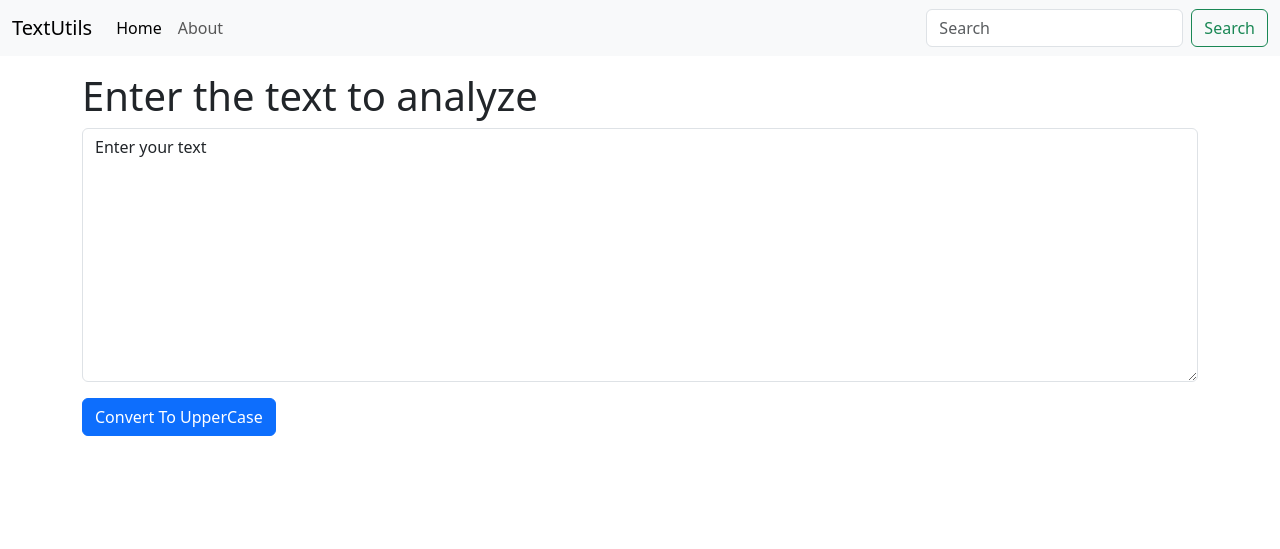
Repository: Rohit-foryou/Text-Utils
Page: /
An editor plug-in stored every save of this project. The page is shown before and after the next save, followed by the edit.
The browser window is 1280 px wide. The pictures show the whole page.
The project was rebuilt for these pictures with package versions that can differ from the ones it lists, and the page was loaded fresh each time. Also part of the build but not shown: src/index.css, src/App.css.

Above is the page before, as saved 2023-12-20 21:04:56.

After the next save:
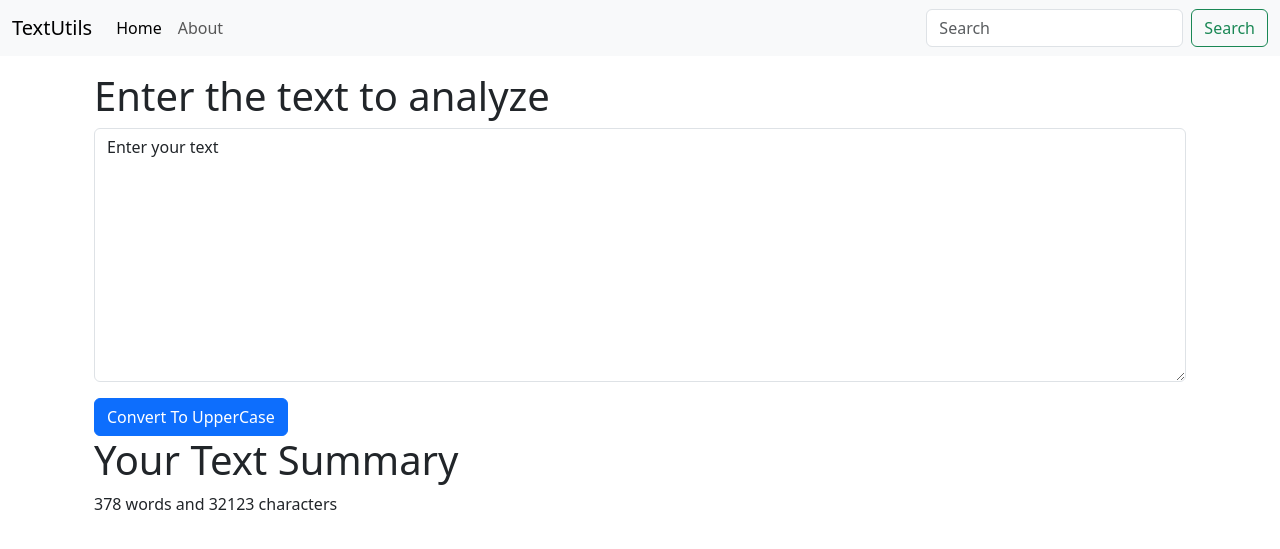
Saved 4 min 1 s later.
--- a/src/components/TextForm.js
+++ b/src/components/TextForm.js
@@ -13,12 +13,18 @@ export default function TextForm(props) {
   }
   const [text, setText] = useState('Enter your text');
   return (
-    <div>
+    <>
+    <div className='container'>
         <h1>{props.heading}</h1>
         <div className="mb-3">
         <textarea className="form-control" value = {text} onChange={handleOnChange} id="myBox" rows="10"></textarea>
         </div>
         <button className="btn btn-primary" onClick={handleUpClick}>Convert To UpperCase</button>
     </div>
+    <div className="container my3">
+      <h1>Your Text Summary</h1>
+      <p>378 words and 32123 characters</p>
+    </div>
+    </>
   )
 }
